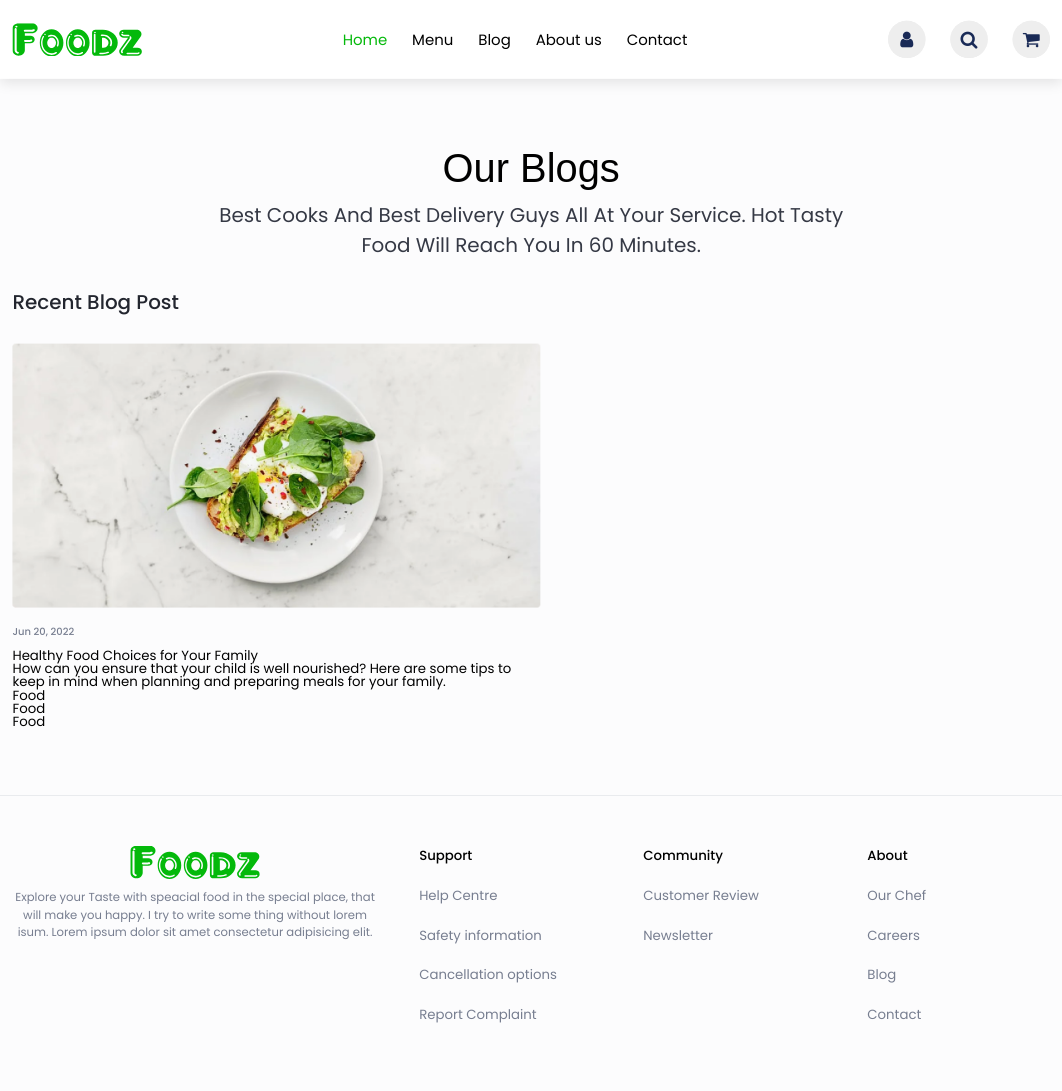
Repository: Toan3333/fooz
Page: assets/pages/blog.html
These files come from the project's save history. The page is drawn as it stood at one moment and after the next save; the edit follows.
The browser window is 1280 px wide. The pictures show the whole page, at 83% of full size.
Some web fonts or font styles are not loaded; a fallback is used.

Above is the page before, as saved 2023-06-01 13:29:43.

### assets/pages/blog.html
<!DOCTYPE html>
<html lang="en">
  <head>
    <meta charset="UTF-8" />
    <meta http-equiv="X-UA-Compatible" content="IE=edge" />
    <meta name="viewport" content="width=device-width, initial-scale=1.0" />
    <title>Blog</title>
    <link rel="stylesheet" href="/assets/css/style.css" />
    <link
      href="https://fonts.googleapis.com/css?family=Poppins:100,100italic,200,200italic,300,300italic,regular,italic,500,500italic,600,600italic,700,700italic,800,800italic,900,900italic"
      rel="stylesheet"
    />
    <link
      href="https://fonts.googleapis.com/css?family=Alice:regular"
      rel="stylesheet"
    />
    <link
      rel="stylesheet"
      href="https://cdnjs.cloudflare.com/ajax/libs/font-awesome/4.7.0/css/font-awesome.min.css"
    />
  </head>
  <body>
    <div class="app">
      <!-- header -->
      <header class="header">
        <div class="container">
          <div class="header-main">
            <div class="header-logo">
              <img src="/assets/images/Logo.svg" alt="" />
            </div>
            <div class="header-menu">
              <ul class="header-nav">
                <li class="header-list">
                  <a href="/index.html" class="header-link active">Home</a>
                </li>
                <li class="header-list">
                  <a href="#" class="header-link">Menu</a>
                </li>
                <li class="header-list">
                  <a href="#" class="header-link">Blog</a>
                </li>
                <li class="header-list">
                  <a href="#" class="header-link">About us</a>
                </li>
                <li class="header-list">
                  <a href="/assets/pages/contact.html" class="header-link"
                    >Contact</a
                  >
                </li>
              </ul>
            </div>
            <div class="header-auth">
              <div class="header-icon">
                <a href="#">
                  <i class="fa fa-user" aria-hidden="true"></i>
                </a>
                <a href="#">
                  <i class="fa fa-search" aria-hidden="true"></i>
                </a>
                <a href="#">
                  <i class="fa fa-shopping-cart" aria-hidden="true"></i>
                </a>
              </div>
            </div>
          </div>
        </div>
      </header>
      <!-- header end -->
      <section class="our-blog">
        <div class="container">
          <div class="text-center__primary special-center menu-center">
            Our blogs
            <p class="text-bottom">
              Best cooks and best delivery guys all at your service. Hot tasty
              food will reach you in 60 minutes.
            </p>
          </div>
          <div class="our-blog__heading">Recent Blog Post</div>
          <div class="our-blog__main">
            <div class="our-blog__post">
              <div class="our-blog__image">
                <img src="/assets/images/blog-4.png" alt="" />
              </div>
              <div class="our-blog__content">
                <div class="our-blog__date">Jun 20, 2022</div>
                <div class="our-blog__title">
                  Healthy Food Choices for Your Family
                </div>
                <div class="our-blog__text">
                  How can you ensure that your child is well nourished? Here are
                  some tips to keep in mind when planning and preparing meals
                  for your family.
                </div>
                <ul class="our-blog__tag">
                  <li class="our-blog__item">Food</li>
                  <li class="our-blog__item">Food</li>
                  <li class="our-blog__item">Food</li>
                </ul>
              </div>
            </div>
            <div class="our-blog__post-2"></div>
          </div>
        </div>
      </section>

      <footer class="footer">
        <div class="container">
          <div class="footer-list">
            <div class="footer-column">
              <div class="footer-center">
                <div class="footer-logo">
                  <img src="/assets/images/Logo.svg" alt="" />
                </div>
                <p class="footer-desc">
                  Explore your Taste with speacial food in the special place,
                  that will make you happy. I try to write some thing without
                  lorem isum. Lorem ipsum dolor sit amet consectetur adipisicing
                  elit.
                </p>
              </div>
            </div>
            <div class="footer-column">
              <h3 class="footer-title">Support</h3>
              <ul class="footer-menu">
                <li class="footer-item"><a href="#">Help Centre</a></li>
                <li class="footer-item"><a href="#">Safety information</a></li>
                <li class="footer-item">
                  <a href="#">Cancellation options</a>
                </li>
                <li class="footer-item"><a href="#">Report Complaint</a></li>
              </ul>
            </div>
            <div class="footer-column">
              <h3 class="footer-title">Community</h3>
              <ul class="footer-menu">
                <li class="footer-item"><a href="#">Customer Review</a></li>
                <li class="footer-item"><a href="#">Newsletter</a></li>
              </ul>
            </div>
            <div class="footer-column">
              <h3 class="footer-title">About</h3>
              <ul class="footer-menu">
                <li class="footer-item"><a href="#">Our Chef</a></li>
                <li class="footer-item"><a href="#">Careers</a></li>
                <li class="footer-item">
                  <a href="#">Blog</a>
                </li>
                <li class="footer-item"><a href="#">Contact</a></li>
              </ul>
            </div>
          </div>
        </div>
      </footer>
      <!-- loader -->
      <!-- <div class="loader-container">
        <img src="./assets/images/loader.gif" alt="" />
      </div> -->
      <!-- loader end -->
    </div>
  </body>
</html>

### assets/css/style.css
*,
*:before,
*:after {
  box-sizing: border-box;
  text-decoration: none;
  list-style: none;
}
:root {
  --font-primary: "Poppins", sans-serif;
  --font-secondary: "Alice", sans-serif;
  --primary-color: #04b90b;
  --black: #000000;
  --gray: #777e90;
  --black-2: #23262f;
  --bg-primary: #fcfcfd;
  --gray-2: #f4f5f6;
  --gray-3: #353945;
  --btn-color: #192a56;
}
* {
  margin: 0;
  padding: 0;
  font: inherit;
}
img,
picture,
svg,
video {
  display: block;
  max-width: 100%;
}
input,
select,
textarea {
  background-color: transparent;
  outline: none;
}
button {
  cursor: pointer;
  background-color: transparent;
  outline: none;
  border: 0;
}
body {
  min-height: 100vh;
  font-weight: 400;
  font-size: 16px;
  line-height: 1;
  font-family: var(--font-primary);
  background-color: var(--bg-primary);
  color: var(--black);
}
.container {
  max-width: 1330px;
  width: 100%;
  margin: 0 auto;
  padding: 0 15px;
}
/* HEADER */
.header {
  position: sticky;
  top: 0;
  left: 0;
  right: 0;
  z-index: 1000;
  padding: 25px 0;
  background-color: #fff;
  box-shadow: 0 5px 15px rgba(0, 0, 0, 0.1);
}
.header-main {
  display: flex;
  justify-content: space-between;
  align-items: center;
}
.header-logo {
  cursor: pointer;
}
.header-nav {
  display: flex;
  align-items: center;
  gap: 30px;
}
.header-link {
  font-size: 18px;
  line-height: 30px;
  font-weight: 400;
  color: var(--black);
}
.header-link:hover {
  color: var(--primary-color);
  transition: all 0.2s linear;
}
.header-link.active {
  color: var(--primary-color);
}
.header-icon {
  display: flex;
  align-items: center;
  gap: 30px;
  font-size: 22px;
}
.header-icon a,
.header-icon i {
  width: 45px;
  height: 45px;
  line-height: 45px;
  border-radius: 100rem;
  text-align: center;
  color: var(--btn-color);
  background-color: #eee;
  transition: 0.2s linear;
}
.header-icon a:hover,
.header-icon i:hover {
  color: #fff;
  background-color: var(--primary-color);
  transform: rotate(180deg);
}

/* HEADER END */

/* HERO */
.hero {
  padding: 60px 0;
}
.hero-main {
  display: flex;
  justify-content: space-between;
  gap: 40px;
}
.hero-content {
  max-width: 677px;
  width: 100%;
}
.hero-title {
  font-size: 65px;
  font-weight: 400;
  font-family: var(--font-secondary);
  line-height: 70px;
  letter-spacing: -0.5%;
  margin-bottom: 30px;
}
.hero-desc {
  font-size: 24px;
  font-weight: 400;
  line-height: 36px;
  color: var(--gray);
  margin-bottom: 25px;
}
.hero-cta {
  margin-bottom: 105px;
}
.hero-btn {
  display: flex;
  align-items: center;
  gap: 24px;
}
.hero-btn span {
  font-size: 16px;
  line-height: 24px;
  font-weight: 400;
  color: var(--primary-color);
}
.button-primary {
  background-color: var(--btn-color);
  border-radius: 8px;
  padding: 10px 20px;
  font-size: 16px;
  line-height: 24px;
  font-weight: 500;
  color: var(--bg-primary);
  transition: all 0.2s linear;
}
.button-primary:hover {
  background-color: var(--primary-color);
  letter-spacing: 1px;
}
.hero-info {
  max-width: 576px;
  width: 100%;
  background-color: var(--gray-2);
  border-radius: 16px;
  padding: 28px 56px 28px 56px;
}
.hero-list {
  display: flex;
  align-items: center;
  justify-content: space-between;
}
.hero-item {
  text-align: center;
}
.hero-number {
  font-size: 32px;
  line-height: 48px;
  font-weight: 600;
  color: var(--gray);
}
.hero-text {
  font-size: 20px;
  line-height: 30px;
  color: var(--gray);
  font-weight: 400;
}
.hero-image {
  width: 100%;
}
.hero-image img {
  width: 100%;
}
/* HERO END*/

/* SERVICE */
.service {
  padding: 80px 0;
}
.text-center__primary {
  max-width: 440px;
  margin: 0 auto;
  text-align: center;
  font-size: 48px;
  font-weight: 400;
  line-height: 55px;
  font-family: var(--font-secondary);
  text-transform: capitalize;
}
.text-primary {
  color: var(--primary-color);
}
.service-list {
  margin-top: 80px;
  display: grid;
  grid-template-columns: repeat(3, 1fr);
  grid-gap: 70px;
}
.service-item {
  display: flex;
  align-items: center;
  justify-content: center;
  flex-direction: column;
  padding: 40px 36px;
  text-align: center;
  cursor: pointer;
}
.service-item:hover {
  background: #ffffff;
  box-shadow: 0px 10px 27px rgba(53, 53, 53, 0.05);
  transition: 0.2s linear;
}
.service-icon {
  margin-bottom: 24px;
}
.service-icon a {
  width: 120px;
  height: 120px;
  border-radius: 100rem;
  background: #ffffff;
  box-shadow: 5px 9px 16px rgba(0, 0, 0, 0.04);
  display: inline-flex;
  align-items: center;
  justify-content: center;
}
.service-title {
  font-size: 28px;
  line-height: 42px;
  font-weight: 400;
  color: var(--black-2);
  margin-bottom: 6px;
}
.service-desc {
  font-size: 16px;
  line-height: 24px;
  font-weight: 400;
  color: var(--gray-3);
}
/* SERVICE END*/

/* ABOUT */
.about {
  padding: 80px 0;
}
.about-heading {
  text-align: center;
}
.about-main {
  display: flex;
  justify-content: space-between;
  align-items: center;
  gap: 130px;
  margin-top: 80px;
}
.about-center {
  max-width: 475px;
}
.about-image {
  max-width: 500px;
  width: 100%;
}
.about-image img {
  width: 100%;
}
.about-content {
  width: 100%;
}
.about-info {
  display: flex;
  align-items: center;
  gap: 94px;
  font-family: var(--font-secondary);
  margin-bottom: 12px;
}
.about-name {
  font-size: 24px;
  color: var(--primary-color);
  font-weight: 400;
  line-height: 28px;
}
.about-view {
  display: flex;
  align-items: center;
  gap: 12px;
  font-size: 14px;
  font-weight: 500;
  line-height: 20px;
  color: var(--primary-color);
}
.about-desc {
  font-size: 18px;
  line-height: 27px;
  font-weight: 400;
  color: var(--gray-3);
}
/* ABOUT END*/

/* SPECIAL */
.special {
  padding: 80px 0;
}
.special-center {
  max-width: 770px;
  margin: 0 auto;
  width: 100%;
}
.text-bottom {
  margin-top: 12px;
  font-size: 24px;
  line-height: 36px;
  color: var(--gray-3);
  font-weight: 400;
  font-family: var(--font-primary);
}
.special-list {
  margin-top: 80px;
  display: grid;
  grid-template-columns: repeat(3, 1fr);
  grid-gap: 30px;
}
.special-item {
  background-color: #ffffff;
  box-shadow: 0px 10px 27px rgba(53, 53, 53, 0.05);
  border-radius: 15px;
  padding: 24px 28px;
}
.special-image {
  position: relative;
  width: 100%;
  margin-bottom: 24px;
  cursor: pointer;
  text-align: center;
  overflow: hidden;
}
.special-image .fa-heart,
.special-image .fa-eye {
  position: absolute;
  top: 15px;
  height: 50px;
  width: 50px;
  line-height: 50px;
  background-color: #eee;
  font-size: 20px;
  border-radius: 50%;
  transition: all 0.2s linear;
}
.special-image .fa-heart:hover,
.special-image .fa-eye:hover {
  background-color: var(--primary-color);
  color: #fff;
}
.special-image .fa-heart {
  right: -150px;
}
.special-image .fa-eye {
  left: -150px;
}
.special-image:hover .fa-heart {
  right: 15px;
}
.special-image:hover .fa-eye {
  left: 15px;
}

.special-image img {
  width: 100%;
}
.special-title {
  font-size: 32px;
  line-height: 37px;
  font-weight: 400;
  color: var(--black-2);
  margin-bottom: 12px;
  font-family: var(--font-secondary);
  cursor: pointer;
}
.special-title:hover {
  color: var(--primary-color);
  transition: 0.2s linear;
}
.special-rating {
  display: flex;
  align-items: center;
  gap: 12px;
  margin-bottom: 12px;
}
.special-icon i {
  color: var(--primary-color);
}
.special-views {
  font-size: 16px;
  line-height: 24px;
  font-weight: 400;
  color: var(--gray-3);
}
.special-bottom {
  display: flex;
  align-items: center;
  justify-content: space-between;
}
.special-price {
  font-size: 40px;
  line-height: 40px;
  font-weight: 400;
  color: var(--primary-color);
  font-family: var(--font-secondary);
  text-transform: capitalize;
}
.special-arrows {
  margin-top: 48px;
  display: inline-block;
  position: relative;
  left: 50%;
  transform: translateX(-50%);
  cursor: pointer;
}
.special-main {
  display: flex;
  align-items: center;
  gap: 8px;
}
.special-btn-arrow i {
  width: 40px;
  height: 40px;
  border-radius: 100rem;
  display: inline-flex;
  border: 2px solid #e6e8ec;
  border-radius: 40px;
  align-items: center;
  justify-content: center;
  transition: 0.2s ease-in-out;
}
.special-btn-arrow i:hover {
  color: white;
  background-color: var(--primary-color);
}
/* SPECIAL END*/
/* form */
.form-main {
  margin-top: 80px;
  display: flex;
  justify-content: space-between;
  align-items: center;
  gap: 105px;
}
.form-content {
  max-width: 544px;
  width: 100%;
}
.form-title {
  font-size: 24px;
  font-weight: 400;
  line-height: 36px;
  color: var(--black-2);
  margin-bottom: 4px;
}
.form-text {
  font-size: 16px;
  line-height: 24px;
  font-weight: 400;
  margin-bottom: 24px;
}
.form-list {
  display: flex;
  align-items: center;
  justify-content: space-between;
  margin-bottom: 8px;
  font-size: 16px;
  line-height: 24px;
  font-weight: 400;
}
.form-list span {
  color: var(--primary-color);
}
.form-meal__select {
  width: 100%;
}
.form-meal__select select {
  width: 100%;
  padding: 10px 20px 10px 20px;
  border-radius: 12px;
  color: var(--gray);
}
.form-meal__add {
  color: var(--primary-color);
  display: flex;
  align-items: center;
  gap: 4px;
  font-size: 14px;
  line-height: 21px;
  margin-top: 8px;
}
.form-container {
  display: flex;
  justify-content: space-between;
  align-items: center;
}
.form-field {
  font-size: 16px;
  font-weight: 400;
  line-height: 24px;
  margin-top: 16px;
}
.form-field__title {
  font-size: 16px;
  line-height: 24px;
  font-weight: 400;
  color: var(--gray-3);
}
.form-item {
  max-width: 256px;
  width: 100%;
  position: relative;
}
.form-item.form-items {
  max-width: 544px;
  width: 100%;
}
.form-input__cash {
  width: 100%;
}
.form-item__icon {
  position: absolute;
  top: 23px;
  right: 20px;
}
.form-field input {
  width: 100%;
  padding: 10px 20px 10px 20px;
  border-radius: 12px;
  border: 1px solid var(--gray);
  margin-top: 8px;
}
.form-field input::placeholder {
  font-size: 16px;
  font-weight: 400;
  color: var(--gray);
}
.form-field.form-item {
  max-width: 256px;
  width: 100%;
}
.form-field textarea {
  width: 100%;
  padding: 10px 20px;
  border: 1px solid var(--gray);
  border-radius: 12px;
  color: var(--gray);
  font-weight: 400;
}
.form-price {
  font-size: 16px;
  line-height: 24px;
  font-weight: 400;
  color: var(--gray);
  display: flex;
  align-items: center;
  gap: 6px;
  margin-bottom: 32px;
}
.form-price span {
  font-size: 24px;
  line-height: 27px;
  font-family: var(--font-secondary);
  font-weight: 400;
  color: var(--primary-color);
}
.form-image {
  width: 100%;
}
.form-image img {
  width: 100%;
}
.loader-container {
  position: fixed;
  top: 0;
  left: 0;
  z-index: 10000;
  display: flex;
  justify-content: center;
  align-items: center;
  height: 100%;
  width: 100%;
  background-color: #fff;
}
.loader-container.fade-out {
  top: -120%;
}
.blog {
  padding: 80px 0px;
}
.blog-list {
  margin-top: 80px;
  display: grid;
  grid-template-columns: repeat(3, 1fr);
  grid-gap: 30px;
}
.blog-image {
  transition: 0.2s linear;
  width: 100%;
  overflow: hidden;
  cursor: pointer;
}

.blog-image img {
  width: 100%;
  transition: all 0.3s ease-in-out;
}
.blog-image:hover img {
  transform: scale(1.1);
}
.blog-content {
  padding: 15px 20px;
  border: 1px solid #e5e5e5;
  background-color: #ffffff;
}
.blog-title {
  font-size: 20px;
  line-height: 32px;
  margin-bottom: 8px;
  cursor: pointer;
  transition: 0.2s linear;
}
.blog-title:hover {
  color: var(--primary-color);
}
.blog-desc {
  font-size: 16px;
  line-height: 24px;
  font-weight: 400;
  color: var(--gray);
  margin-bottom: 12px;
}
.menu {
  padding: 80px 0;
}
.menu-center {
  margin-bottom: 32px;
}
.tab {
  max-width: 672px;
  width: 100%;
  margin: 0 auto;
  background-color: white;
  padding: 8px;
  box-shadow: 0px 3px 9px rgba(1, 5, 20, 0.05);
  border-radius: 8px;
  display: grid;
  grid-template-columns: repeat(3, 1fr);
  grid-gap: 36px;
}
.tab-item {
  display: flex;
  align-items: center;
  padding: 12px;
  cursor: pointer;
  transition: all 0.2s linear;
  gap: 8px;
}
.tab-item img {
  width: 33px;
  height: 33px;
}
.tab-item.active {
  background-color: var(--primary-color);
  color: white;
  border-radius: 8px;
}
.tab-item:hover {
  background-color: var(--primary-color);
  border-radius: 8px;
  color: white;
}
.contact {
  padding: 80px 0;
}
.contact-main {
  display: flex;
  justify-content: space-between;
  align-items: center;
  gap: 135px;
}
.contact-content {
  max-width: 524px;
  width: 100%;
}
.contact-title {
  font-size: 48px;
  font-weight: 400;
  line-height: 55px;
  text-transform: capitalize;
  color: var(--black-2);
  font-family: var(--font-secondary);
  margin-bottom: 12px;
}
.contact-text {
  font-size: 22px;
  font-weight: 400;
  line-height: 32px;
  color: var(--gray);
}
.contact-text span {
  color: var(--primary-color);
}
.contact-btn {
  margin-top: 20px;
  width: 100%;
}
.contact-button {
  width: 100%;
}
.contact-map {
  width: 100%;
}
.our-blog {
  padding: 80px 0;
}
.our-blog__heading {
  font-size: 24px;
  line-height: 36px;
  color: var(--black-2);
  font-weight: 500;
  text-transform: capitalize;
  margin-bottom: 32px;
}
.our-blog__main {
  display: flex;
  justify-content: space-between;
  align-items: center;
}
.our-blog__post {
  max-width: 636px;
  width: 100%;
}
.our-blog__image {
  width: 100%;
}
.our-blog__image img {
  width: 100%;
}
.our-blog__content {
  margin-top: 20px;
}
.our-blog__date {
  font-weight: 500;
  font-size: 12px;
  line-height: 18px;
  color: var(--gray);
  margin-bottom: 12px;
}
.footer {
  padding-bottom: 80px;
  border-top: 1px solid #e6e8ec;
  padding-top: 60px;
}
.footer-list {
  display: grid;
  grid-template-columns: 2fr 1fr 1fr 1fr;
  grid-gap: 50px;
}
.footer-center {
  display: flex;
  align-items: center;
  flex-direction: column;
  text-align: center;
}
.footer-logo {
  margin-bottom: 12px;
}
.footer-desc {
  font-size: 14px;
  line-height: 21px;
  color: var(--gray);
  font-weight: 400;
}
.footer-title {
  font-size: 16px;
  line-height: 24px;
  font-weight: 500;
  color: var(--black);
  margin-bottom: 24px;
}
.footer-menu {
  display: flex;
  gap: 24px;
  flex-direction: column;
}
.footer-item a {
  font-size: 16px;
  font-weight: 400;
  line-height: 24px;
  color: var(--gray);
  transition: 0.2s linear;
}
.footer-item a:hover {
  color: var(--primary-color);
}

After the next save:
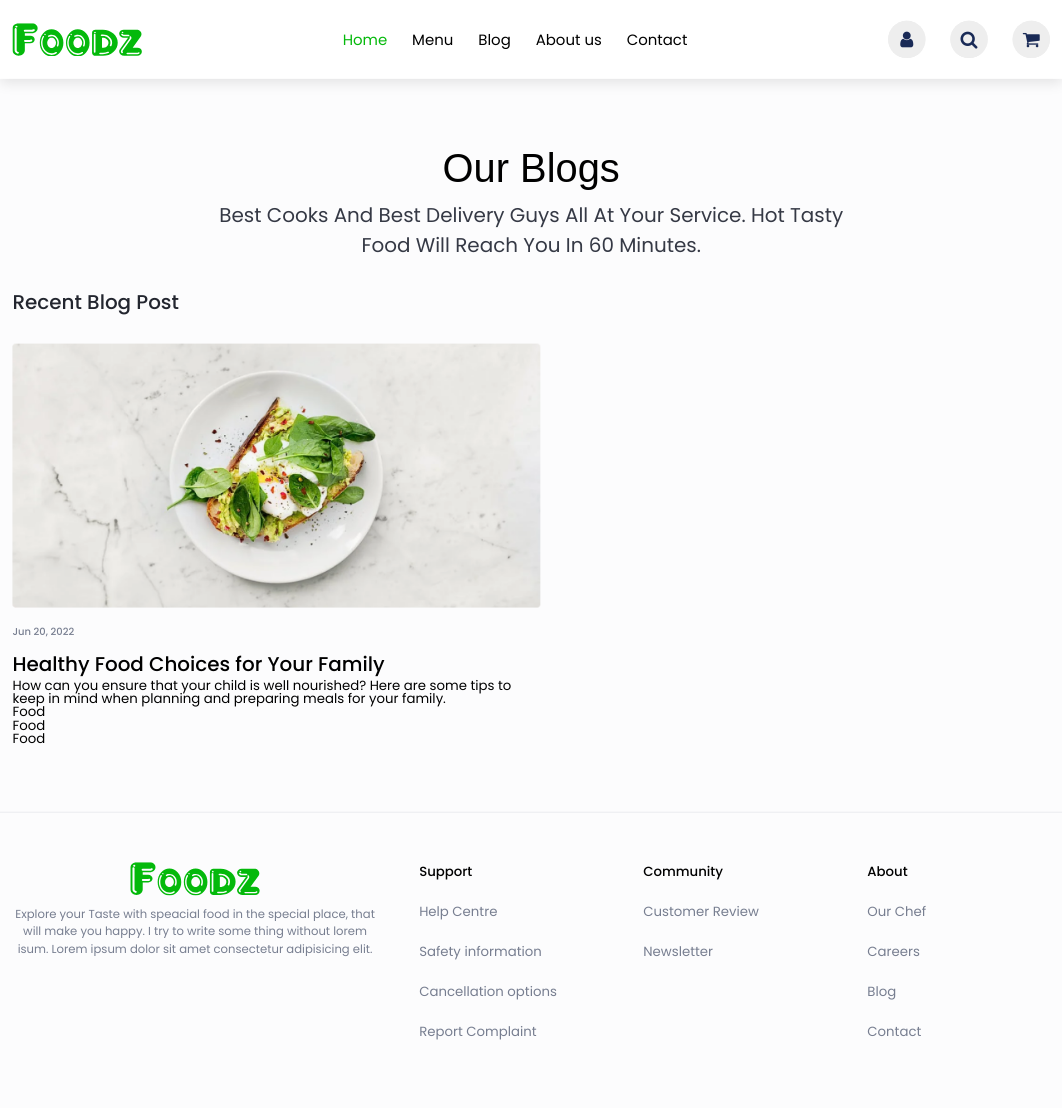
Saved 28 s later.
--- a/assets/css/style.css
+++ b/assets/css/style.css
@@ -785,6 +785,11 @@ body {
   color: var(--gray);
   margin-bottom: 12px;
 }
+.our-blog__title {
+  font-weight: 500;
+  font-size: 24px;
+  line-height: 36px;
+}
 .footer {
   padding-bottom: 80px;
   border-top: 1px solid #e6e8ec;
